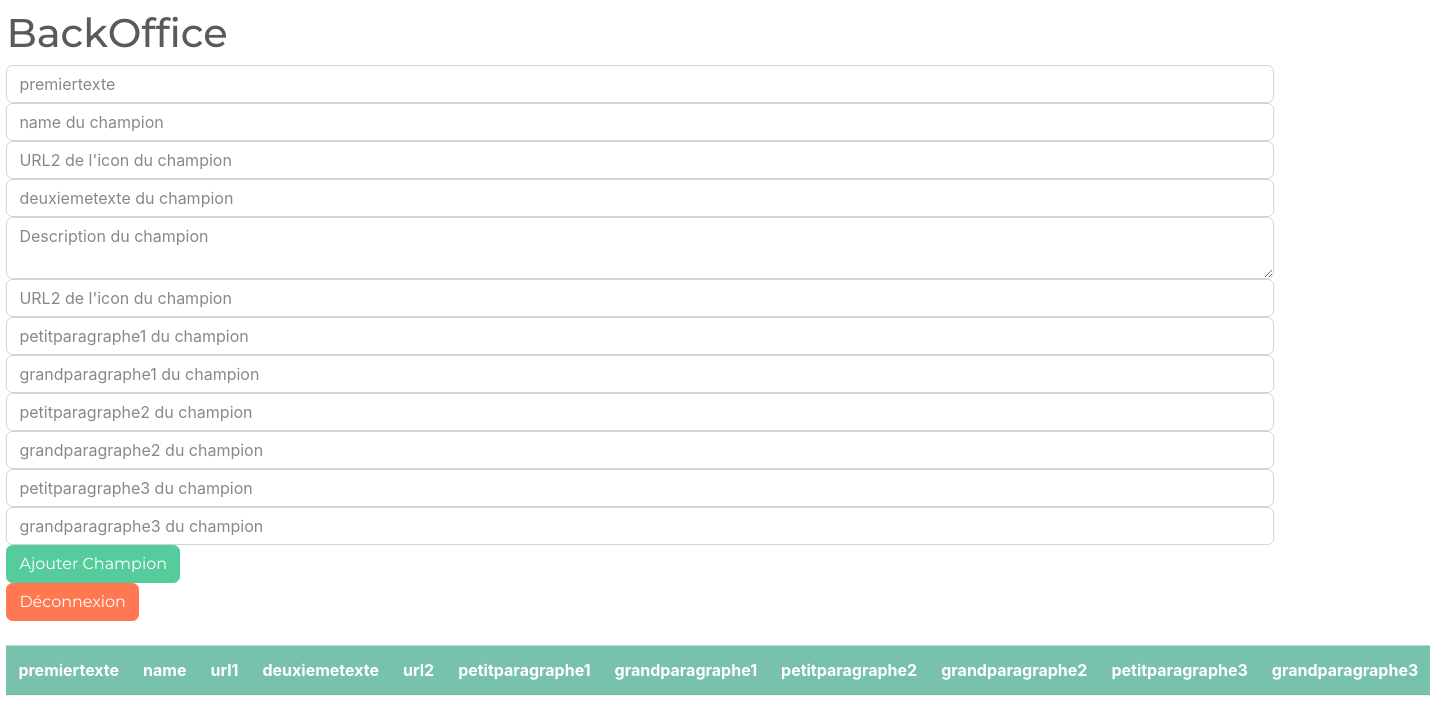
Repository: AdilGHAZAL/MosaiqueWebdoc
Page: /backoffice
These files come from the project's save history. The page is drawn as it stood at one moment and after the next save; the edit follows.
The browser window is 1280 px wide. The page is 1430 px wide, then 1280 px, so the pictures cover 1430 px, including what lies to the right of the window. The pictures show the whole page.
The page's requests for data from a server got no answer. Some web fonts or font styles are not loaded; a fallback is used. Some web libraries are served in a nearby version. The project was rebuilt for these pictures with package versions that can differ from the ones it lists, and the page was loaded fresh each time. No one was signed in, and anything a server would have sent is missing. Also part of the build but not shown: vite.config.js, src/App.css, src/components/Navbar.css, src/components/Navbar.jsx, src/components/Athletes.css, src/components/Athletes.jsx, src/components/Athletes2.jsx, src/components/Athletes3.jsx and 18 more.

Above is the page before, as saved 2024-05-02 19:00:04.

After the next save:
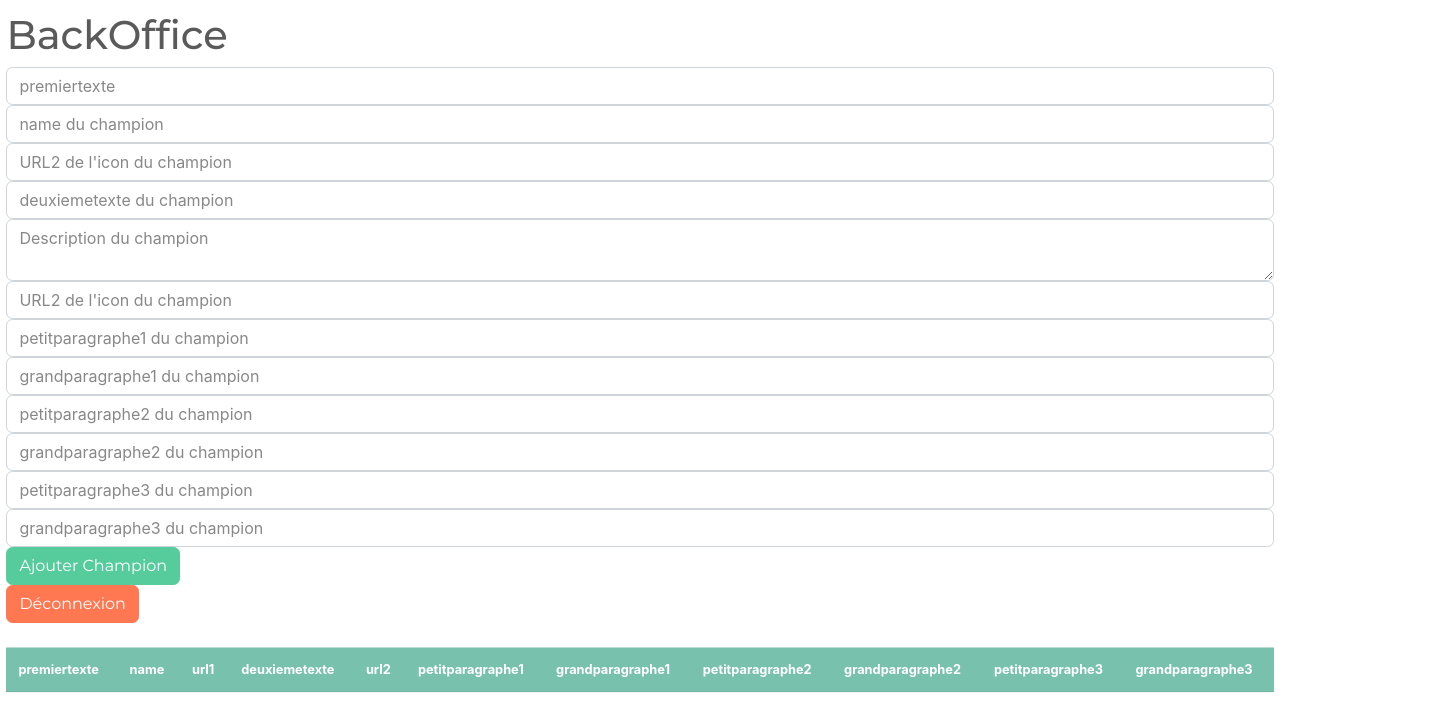
Saved 18 s later.
--- a/src/backoffice.jsx
+++ b/src/backoffice.jsx
@@ -179,7 +179,7 @@ export default function MainView() {
       </form>
       <button className='btn btn-danger' title='Déconnexion' onClick={handleSignOut}>Déconnexion</button>
 
-      <table className='table table-hover mt-4'>
+      <table className='table table-hover mt-4' style={{fontSize:'0.8rem'}}>
         <thead>
           <tr className='table-primary'>
           <th scope='col'>premiertexte</th>
